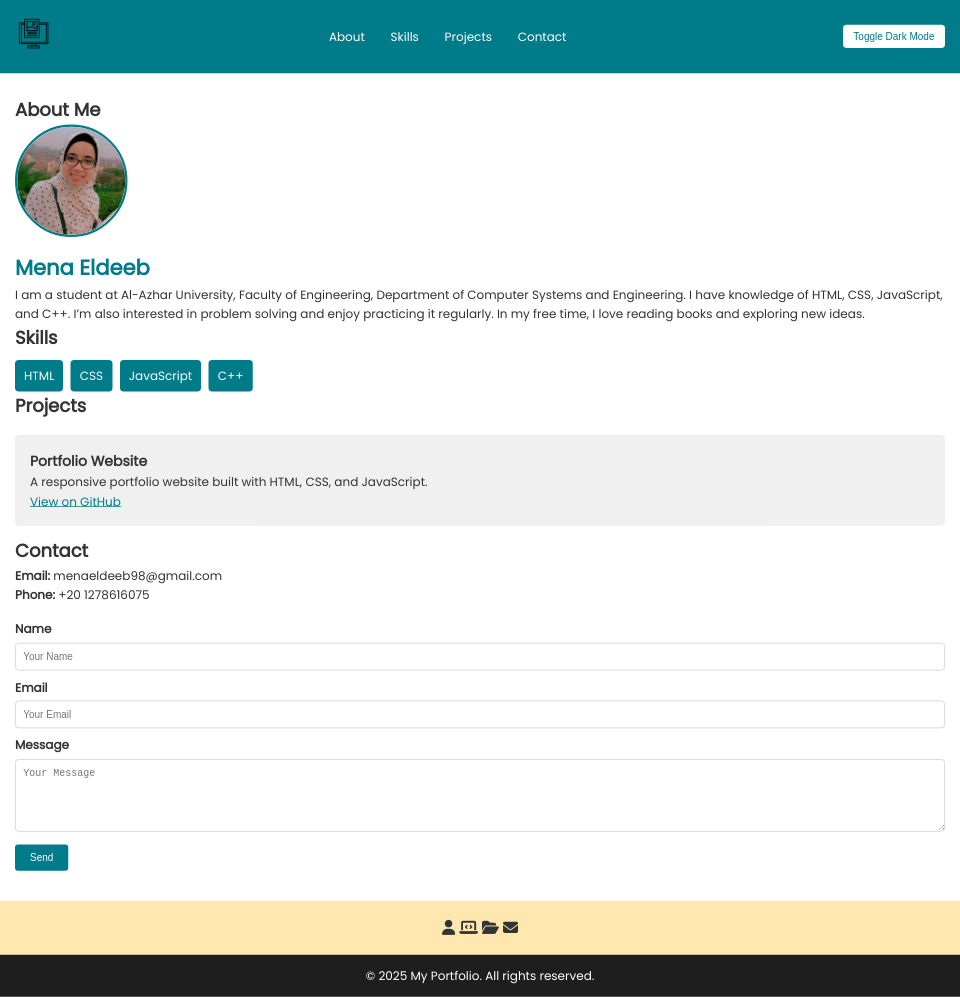
Repository: MenaEldeeb/My-Portfolio
Page: index.html
An editor plug-in stored every save of this project. The page is shown before and after the next save, followed by the edit.
The browser window is 1280 px wide. The pictures show the whole page, at 75% of full size.

Above is the page before, as saved 2025-07-16 19:25:25.

### index.html
<!DOCTYPE html>
<html lang="en">
<head>
  <meta charset="UTF-8" />
  <meta name="viewport" content="width=device-width, initial-scale=1" />
  <title>Mena Eldeeb</title>

  <!-- Google Font -->
  <link href="https://fonts.googleapis.com/css2?family=Poppins&display=swap" rel="stylesheet" />

  <!-- Font Awesome -->
  <link rel="stylesheet" href="https://cdnjs.cloudflare.com/ajax/libs/font-awesome/6.4.0/css/all.min.css" />

  <!-- External CSS -->
  <link rel="stylesheet" href="CSS/style.css" />

  <!-- SEO Meta -->
  <meta name="description" content="Mena Eldeeb's personal portfolio showcasing web development skills and projects." />
</head>
<body>
  <div id="container">

    <!-- Header -->
    <header id="hd">
      <div class="logo">
        <img src="images/logo.png" alt="">
      </div>

      <nav class="nav-text">
        <a href="#about">About</a>
        <a href="#skills">Skills</a>
        <a href="#projects">Projects</a>
        <a href="#contact">Contact</a>
      </nav>

      <button id="theme-toggle">Toggle Dark Mode</button>
    </header>

    <!-- Sidebar -->
    <aside id="sd">
      <nav class="icon-nav">
        <a href="#about" title="About" aria-label="About"><i class="fas fa-user"></i></a>
        <a href="#skills" title="Skills" aria-label="Skills"><i class="fas fa-laptop-code"></i></a>
        <a href="#projects" title="Projects" aria-label="Projects"><i class="fas fa-folder-open"></i></a>
        <a href="#contact" title="Contact" aria-label="Contact"><i class="fas fa-envelope"></i></a>
      </nav>
    </aside>

    <!-- Main Content -->
    <main id="mn">
      <!-- About -->
      <section id="about">
        <h2>About Me</h2>
        <div class="about-content">
          <img src="images/Mena.jpg" alt="Mena Eldeeb" class="profile-img" />
          <div>
            <h1 class="my-name">Mena Eldeeb</h1>
            <p>
              I am a student at Al-Azhar University, Faculty of Engineering, Department of Computer Systems and Engineering.
              I have knowledge of HTML, CSS, JavaScript, and C++. I’m also interested in problem solving and enjoy practicing it regularly.
              In my free time, I love reading books and exploring new ideas.
            </p>
          </div>
        </div>
      </section>

      <!-- Skills -->
      <section id="skills">
        <h2>Skills</h2>
        <ul>
          <li>HTML</li>
          <li>CSS</li>
          <li>JavaScript</li>
          <li>C++</li>
        </ul>
      </section>

      <!-- Projects -->
      <section id="projects">
        <h2>Projects</h2>
        <div class="projects-container">
          <div class="project-card">
            <h3>Portfolio Website</h3>
            <p>A responsive portfolio website built with HTML, CSS, and JavaScript.</p>
            <a href="https://github.com/MenaEldeeb/My-PORTOFOLIO.git" target="_blank" rel="noopener noreferrer">View on GitHub</a>
          </div>
        </div>
      </section>

      <!-- Contact -->
      <section id="contact">
        <h2>Contact</h2>

        <div class="contact-info">
          <p><strong>Email:</strong> menaeldeeb98@gmail.com</p>
          <p><strong>Phone:</strong> +20 1278616075</p>
        </div>

        <form id="contact-form">
          <label for="name">Name</label>
          <input type="text" id="name" name="name" placeholder="Your Name" required />

          <label for="email">Email</label>
          <input type="email" id="email" name="email" placeholder="Your Email" required />

          <label for="message">Message</label>
          <textarea id="message" name="message" placeholder="Your Message" rows="5" required></textarea>

          <button type="submit">Send</button>
        </form>

        <p id="form-status" style="color: green; margin-top: 10px;"></p>
      </section>
    </main>

    <!-- Footer -->
    <footer id="ft">
      &copy; 2025 My Portfolio. All rights reserved.
    </footer>
  </div>

  <!-- JavaScript -->
  <script>
    // Dark Mode Toggle
    const toggleBtn = document.getElementById('theme-toggle');
    toggleBtn.addEventListener('click', () => {
      document.body.classList.toggle('dark-mode');
    });

    // Form Submission Handling
    const form = document.getElementById('contact-form');
    const status = document.getElementById('form-status');

    form.addEventListener('submit', function(e) {
      e.preventDefault();

      // You can send the data to a server here (e.g. using fetch)
      const name = document.getElementById('name').value.trim();
      const email = document.getElementById('email').value.trim();
      const message = document.getElementById('message').value.trim();

      if (name && email && message) {
        status.textContent = "Thank you! Your message has been sent.";
        form.reset();
      } else {
        status.style.color = 'red';
        status.textContent = "Please fill in all fields.";
      }
    });
  </script>
</body>
</html>

### CSS/style.css
/* ========== Reset ========== */
* {
  margin: 0;
  padding: 0;
  box-sizing: border-box;
}

/* ========== Global Styles ========== */
body {
  font-family: 'Poppins', sans-serif;
  background-color: #f5f7fa;
  color: #333;
  line-height: 1.6;
}

/* ========== Layout ========== */
#container {
  display: grid;
  grid-template-areas:
    "hd"
    "mn"
    "sd"
    "ft";
  grid-template-columns: 1fr;
  grid-template-rows: auto;
}

/* ========== Header ========== */
#hd {
  grid-area: hd;
  background-color: #007b8a;
  color: white;
  display: flex;
  justify-content: space-between;
  align-items: center;
  flex-wrap: wrap;
  padding: 20px;
}

.logo img {
  height: 50px;
}

.nav-text a {
  color: white;
  text-decoration: none;
  margin: 0 15px;
  font-weight: 500;
  transition: color 0.3s;
}

.nav-text a:hover {
  color: #ffd580;
}

#theme-toggle {
  background-color: white;
  color: #007b8a;
  border: none;
  padding: 8px 14px;
  border-radius: 5px;
  cursor: pointer;
  transition: background 0.3s;
}

#theme-toggle:hover {
  background-color: #eee;
}

/* ========== Sidebar ========== */
#sd {
  grid-area: sd;
  background-color: #ffe8b0;
  display: flex;
  justify-content: center;
  gap: 20px;
  padding: 20px;
  font-size: 20px;
}

.icon-nav a {
  color: #333;
  transition: color 0.3s;
}

.icon-nav a:hover {
  color: #007b8a;
}

/* ========== Main Content ========== */
#mn {
  grid-area: mn;
  padding: 30px 20px;
  background-color: #fff;
}

/* ========== About ========== */
.about-content {
  display: flex;
  gap: 20px;
  align-items: center;
  flex-wrap: wrap;
}

.profile-img {
  width: 150px;
  height: 150px;
  border-radius: 50%;
  object-fit: cover;
  border: 3px solid #007b8a;
}

.my-name {
  font-size: 28px;
  color: #007b8a;
}

/* ========== Skills ========== */
#skills ul {
  list-style: none;
  display: flex;
  flex-wrap: wrap;
  gap: 10px;
  margin-top: 10px;
}

#skills li {
  background-color: #007b8a;
  color: white;
  padding: 8px 12px;
  border-radius: 5px;
}

/* ========== Projects ========== */
.projects-container {
  margin-top: 20px;
}

.project-card {
  background-color: #f0f0f0;
  padding: 20px;
  border-radius: 6px;
  margin-bottom: 15px;
}

.project-card a {
  color: #007b8a;
  text-decoration: underline;
}

/* ========== Contact ========== */
form {
  margin-top: 20px;
}

form label {
  display: block;
  margin-bottom: 5px;
  font-weight: bold;
}

form input,
form textarea {
  width: 100%;
  padding: 10px;
  margin-bottom: 10px;
  border: 1px solid #ccc;
  border-radius: 5px;
}

form button {
  background-color: #007b8a;
  color: white;
  padding: 10px 20px;
  border: none;
  border-radius: 4px;
  cursor: pointer;
}

form button:hover {
  background-color: #005f6b;
}

/* ========== Footer ========== */
#ft {
  grid-area: ft;
  background-color: #1e1e1e;
  color: white;
  text-align: center;
  padding: 15px 0;
}

/* ========== Dark Mode ========== */
body.dark-mode {
  background-color: #121212;
  color: #f1f1f1;
}

body.dark-mode #hd,
body.dark-mode #ft {
  background-color: #1e1e1e;
  color: #f1f1f1;
}

body.dark-mode #mn {
  background-color: #1a1a1a;
}

body.dark-mode .project-card {
  background-color: #2a2a2a;
  border-color: #444;
}

body.dark-mode form input,
body.dark-mode form textarea {
  background-color: #333;
  color: white;
  border: 1px solid #555;
}

body.dark-mode .nav-text a,
body.dark-mode .icon-nav a {
  color: #90caf9;
}

/* ========== Responsive Design ========== */
@media (max-width: 768px) {
  #hd {
    flex-direction: column;
    gap: 10px;
    text-align: center;
  }

  .about-content {
    flex-direction: column;
    text-align: center;
  }

  #skills ul {
    justify-content: center;
  }

  #sd {
    flex-wrap: wrap;
  }
}

After the next save:
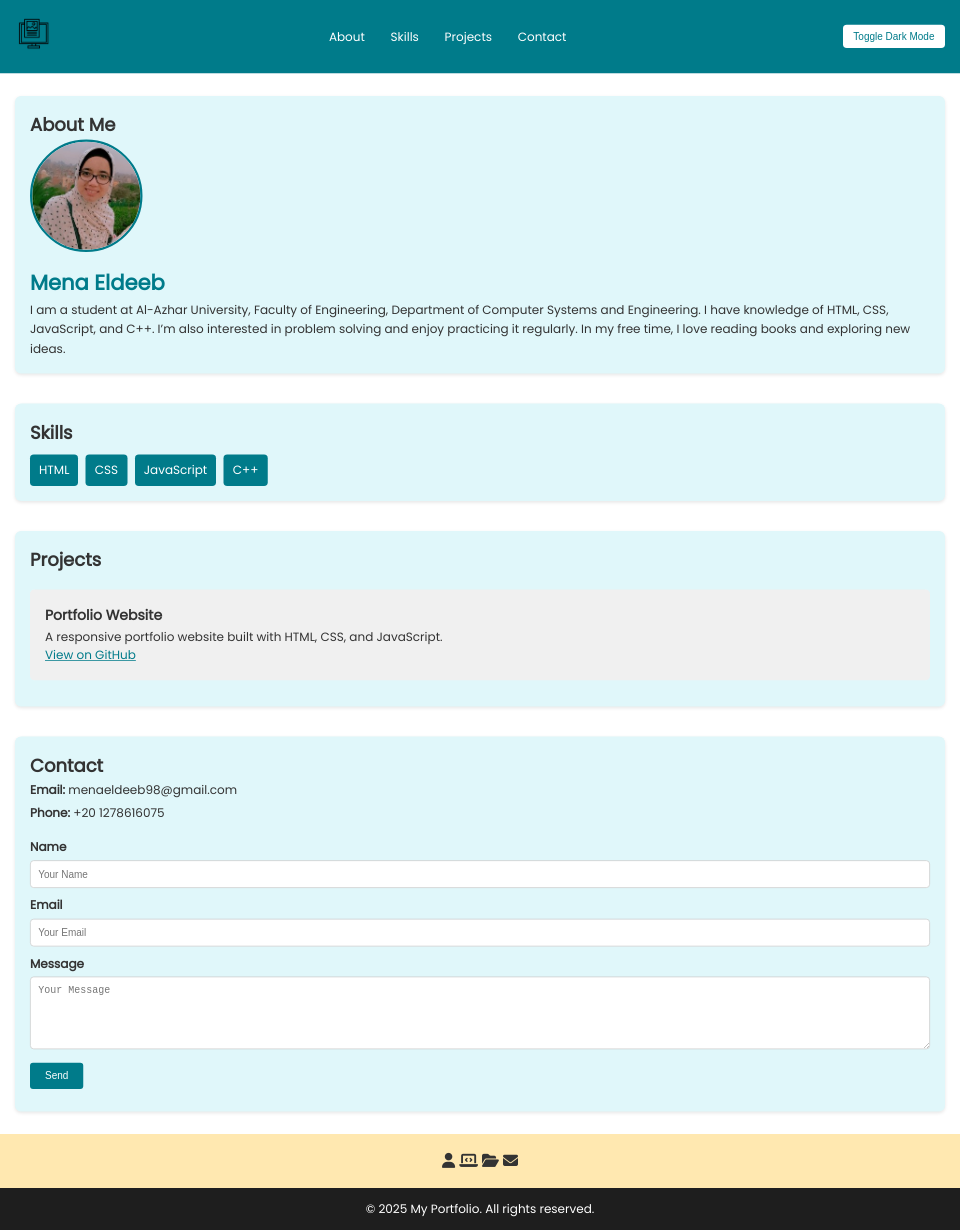
Saved 40 min 20 s later.
--- a/CSS/style.css
+++ b/CSS/style.css
@@ -94,6 +94,20 @@
   background-color: #fff;
 }
 
+/* ========== Section Styling (About, Skills, Projects, Contact) ========== */
+#about, #skills, #projects, #contact {
+  background-color: #e0f7fa;       /* خلفية خفيفة للتمييز */
+  border-radius: 8px;
+  padding: 20px;
+  margin-bottom: 40px;             /* مسافة بين الأقسام */
+  box-shadow: 0 2px 5px rgba(0,0,0,0.1);
+}
+
+/* منع وجود margin زائد في آخر قسم */
+#contact {
+  margin-bottom: 0;
+}
+
 /* ========== About ========== */
 .about-content {
   display: flex;
@@ -149,6 +163,11 @@
 }
 
 /* ========== Contact ========== */
+.contact-info p {
+  margin-bottom: 5px;
+  font-weight: 500;
+}
+
 form {
   margin-top: 20px;
 }
@@ -206,9 +225,17 @@
   background-color: #1a1a1a;
 }
 
+body.dark-mode #about,
+body.dark-mode #skills,
+body.dark-mode #projects,
+body.dark-mode #contact {
+  background-color: #2a2a2a;
+  box-shadow: none;
+}
+
 body.dark-mode .project-card {
-  background-color: #2a2a2a;
-  border-color: #444;
+  background-color: #3a3a3a;
+  border-color: #555;
 }
 
 body.dark-mode form input,
